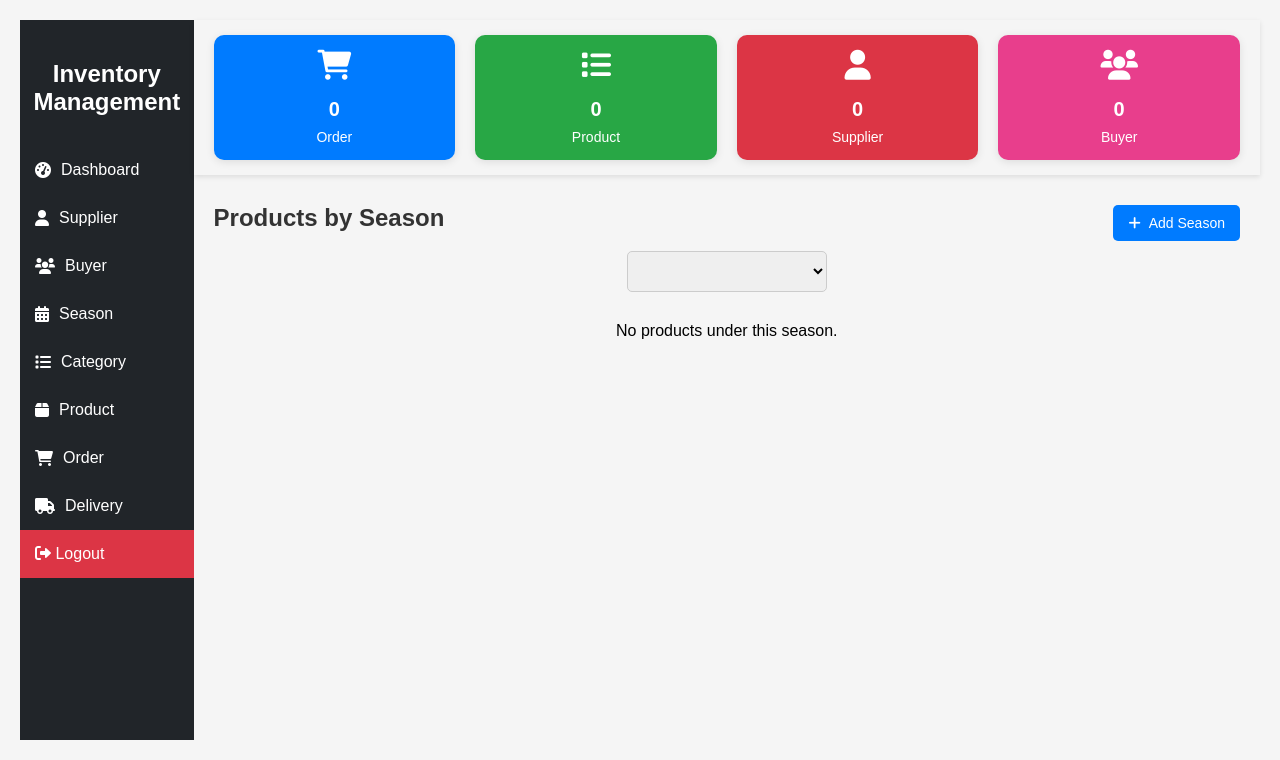
Repository: Fail2/Inventory_Management
Page: http://localhost/accounts/products/by/season/
An editor plug-in stored every save of this project. The page is shown before and after the next save, followed by the edit.
The browser window is 1280 px wide. The pictures show the whole page.
The page is served by the project's application, run on Django 5.2 (inventory_management/manage.py). Other server files are loaded and not shown. Queries for data that is not in the repository find no rows.

Above is the page before, as saved 2025-05-02 11:43:25.

### inventory_management/accounts/templates/accounts/grouped_product_list.html
{% extends 'accounts/admin_base.html' %}
{% block title %}Products by {{ group_by|title }}{% endblock %}
{% load custom_tags %}
{% block extra_css %}
<link rel="stylesheet" href="https://cdnjs.cloudflare.com/ajax/libs/font-awesome/6.0.0/css/all.min.css">
<style>
    body {
        font-family: Arial, sans-serif;
        background-color: #f5f7fa;
        margin: 0;
        padding: 20px;
    }

    .header {
        display: flex;
        justify-content: space-between;
        align-items: center;
        flex-wrap: wrap;
        margin-bottom: 10px;
    }

    .header h2 {
        margin: 0;
        font-size: 24px;
        color: #333;
    }

    .add-btn {
        display: inline-flex;
        align-items: center;
        gap: 8px;
        background: #007bff;
        color: white;
        padding: 10px 15px;
        border-radius: 5px;
        text-decoration: none;
        font-size: 14px;
        transition: background 0.3s ease;
        margin-top: 10px;
    }

    .add-btn:hover {
        background: #0056b3;
    }

    .dropdown-container {
        display: flex;
        justify-content: center;
        margin-bottom: 30px;
    }

    .dropdown-container select {
        padding: 10px;
        font-size: 16px;
        border-radius: 5px;
        border: 1px solid #ccc;
        min-width: 200px;
    }

    .product-grid {
        display: grid;
        grid-template-columns: repeat(auto-fill, minmax(220px, 1fr));
        gap: 20px;
    }

    .product-card {
        background: white;
        border-radius: 10px;
        box-shadow: 0 4px 12px rgba(0, 0, 0, 0.1);
        overflow: hidden;
        display: flex;
        flex-direction: column;
        transition: transform 0.3s ease;
    }

    .product-card:hover {
        transform: translateY(-5px);
    }

    .product-card img {
        width: 100%;
        height: 180px;
        object-fit: cover;
    }

    .product-card-content {
        padding: 15px;
    }

    .product-card h5 {
        margin: 0 0 10px;
        font-size: 18px;
        color: #333;
    }

    .product-card p {
        margin: 4px 0;
        font-size: 14px;
        color: #555;
    }

    .product-card .btn-container {
        display: flex;
        gap: 10px;
        margin-top: auto;
    }

    .btn {
        flex: 1;
        text-align: center;
        padding: 8px;
        border-radius: 4px;
        font-size: 14px;
        text-decoration: none;
        cursor: pointer;
        transition: background 0.3s ease;
    }

    .btn-primary {
        background-color: #007bff;
        color: white;
    }

    .btn-primary:hover {
        background-color: #0056b3;
    }

    .btn-danger {
        background-color: #dc3545;
        color: white;
    }

    .btn-danger:hover {
        background-color: #a71d2a;
    }

    .pagination {
        display: flex;
        justify-content: center;
        align-items: center;
        margin-top: 30px;
        gap: 15px;
    }

    .pagination a {
        padding: 8px 12px;
        background-color: #007bff;
        color: white;
        border-radius: 4px;
        text-decoration: none;
        transition: background 0.3s ease;
    }

    .pagination a:hover {
        background-color: #0056b3;
    }

    .pagination span {
        font-size: 14px;
        color: #333;
    }

    @media (max-width: 500px) {
        .header {
            flex-direction: column;
            align-items: flex-start;
            gap: 10px;
        }

        .dropdown-container select {
            width: 100%;
        }

        .product-card img {
            height: 140px;
        }
    }
</style>
{% endblock %}

{% block content %}
<div class="header">
    <h2>Products by {{ group_by|title }}</h2>
    {% if group_by == 'category' %}
        <a href="{% url 'add_group' 'category' %}" class="add-btn">
            <i class="fas fa-plus"></i> Add Category
        </a>
    {% elif group_by == 'season' %}
        <a href="{% url 'add_group' 'season' %}" class="add-btn">
            <i class="fas fa-plus"></i> Add Season
        </a>
    {% endif %}
</div>

<div class="dropdown-container">
    <form method="get">
        <select name="group_id" onchange="this.form.submit()">
            {% for group in groups %}
                <option value="{{ group.id }}" {% if selected_group and group.id == selected_group.id %}selected{% endif %}>
                    {{ group.name }}
                </option>
            {% endfor %}
        </select>
    </form>
</div>

{% if products %}
    <div class="product-grid">
        {% for product in products %}
            <div class="product-card">
                <img src="{{ product.picture.url|default:'/media/product_images/default-image.jpg' }}" alt="{{ product.name }}">
                <div class="product-card-content">
                    <h5>{{ product.name }}</h5>
                    <p>Price: ${{ product.price }}</p>
                    <p>Quantity: {{ product.quantity }}</p>
                    <div class="btn-container">
                        <a href="{% url 'edit_product' product.id %}" class="btn btn-primary">Edit</a>
                        <a href="{% url 'delete_product' product.id %}" class="btn btn-danger">Delete</a>
                    </div>
                </div>
            </div>
        {% endfor %}
    </div>

    <div class="pagination">
        {% if products.has_previous %}
            <a href="?group_id={{ selected_group.id }}&page={{ products.previous_page_number }}"><i class="fas fa-chevron-left"></i> Previous</a>
        {% endif %}

        <span>Page {{ products.number }} of {{ products.paginator.num_pages }}</span>

        {% if products.has_next %}
            <a href="?group_id={{ selected_group.id }}&page={{ products.next_page_number }}">Next <i class="fas fa-chevron-right"></i></a>
        {% endif %}
    </div>
{% else %}
    <p style="text-align:center; margin-top: 30px;">No products under this {{ group_by }}.</p>
{% endif %}
{% endblock %}

### inventory_management/accounts/templates/accounts/admin_base.html
{% load static %}
<!DOCTYPE html>
<html lang="en">

<head>
    <meta charset="UTF-8">
    <title>{% block title %}Admin{% endblock %}</title>

    <link rel="icon" href="{% static 'favicon.ico' %}" type="image/x-icon">
    <link rel="stylesheet" href="https://cdnjs.cloudflare.com/ajax/libs/font-awesome/6.0.0/css/all.min.css">

    {% block extra_css %}{% endblock %}

    <style>
        body {
            margin: 0;
            font-family: 'Arial', sans-serif;
            background: #f5f5f5;
            height: 100vh;
            display: flex;
        }

        /* LEFT SIDEBAR */
        .sidebar {
            width: 14%;
            background: #212529;
            color: white;
            padding-top: 20px;
            display: flex;
            flex-direction: column;
        }

        .sidebar h2 {
            text-align: center;
            margin-bottom: 30px;
        }

        .sidebar a {
            display: flex;
            align-items: center;
            gap: 10px;
            color: white;
            padding: 15px;
            text-decoration: none;
            font-size: 16px;
        }

        .sidebar a:hover {
            background: #575757;
        }

        .logout-btn {
            width: 100%;
            border: none;
            background: #dc3545;
            color: white;
            padding: 15px;
            font-size: 16px;
            text-align: left;
            cursor: pointer;
            margin-top: auto;
        }

        /* RIGHT SECTION */
        .right-section {
            width: 86%;
            display: flex;
            flex-direction: column;
            height: 100%;
        }

        /* FIXED CARDS (AUTO HEIGHT) */
        .fixed-cards {
            padding: 15px 20px;
            background: #f5f5f5;
            box-shadow: 0 2px 5px rgba(0, 0, 0, 0.1);
            flex-shrink: 0;
            /* do not shrink */
        }

        .cards {
            display: flex;
            gap: 20px;
            flex-wrap: wrap;
        }

        .card {
            flex: 1;
            min-width: 180px;
            max-width: 220px;
            background: white;
            padding: 15px;
            border-radius: 10px;
            text-align: center;
            box-shadow: 0 2px 8px rgba(0, 0, 0, 0.1);
            color: white;
            transition: transform 0.3s ease;
        }

        .card:hover {
            transform: translateY(-5px);
        }

        .card i {
            font-size: 30px;
            margin-bottom: 10px;
        }

        .card h3 {
            margin: 8px 0;
            font-size: 20px;
        }

        .card p {
            margin: 0;
            font-size: 14px;
        }

        /* MAIN CONTENT (TAKES REST) */
        .main-content {
            flex-grow: 1;
            /* take remaining space */
            overflow-y: auto;
            padding: 20px;
            box-sizing: border-box;
        }

        .orders-table {
            background: white;
            width: 100%;
            border-radius: 8px;
            padding: 20px;
            box-shadow: 0 0 10px rgba(0, 0, 0, 0.1);
        }

        table {
            width: 100%;
            border-collapse: collapse;
            margin-top: 10px;
        }

        table,
        th,
        td {
            border: 1px solid #ddd;
        }

        th,
        td {
            padding: 8px;
            text-align: center;
        }

        th {
            background: #212529;
            color: white;
        }
    </style>
</head>

<body>
    <div class="sidebar">
        <h2>Inventory Management</h2>
        <a href="{% url 'admin_dashboard' %}"><i class="fas fa-tachometer-alt"></i> Dashboard</a>
        <a href="{% url 'user_list' 'supplier' %}"><i class="fas fa-user"></i> Supplier</a>
        <a href="{% url 'user_list' 'buyer' %}"><i class="fas fa-users"></i> Buyer</a>
        <a href="{% url 'grouped_product_list' 'season' %}"><i class="fas fa-calendar-alt"></i> Season</a>
        <a href="{% url 'grouped_product_list' 'category' %}"><i class="fas fa-list"></i> Category</a>
        <a href="{% url 'product_list' %}"><i class="fas fa-box"></i> Product</a>
        <a href="#"><i class="fas fa-shopping-cart"></i> Order</a>
        <a href="#"><i class="fas fa-truck"></i> Delivery</a>
        <form method="post" action="{% url 'logout' %}">
            {% csrf_token %}
            <button type="submit" class="logout-btn"><i class="fas fa-sign-out-alt"></i> Logout</button>
        </form>
    </div>

    <div class="right-section">
        <div class="fixed-cards">
            <div class="cards">
                <div class="card" style="background: #007bff;">
                    <i class="fas fa-shopping-cart fa-2x"></i>
                    <h3>0</h3>
                    <p>Order</p>
                </div>
                <div class="card" style="background: #28a745;">
                    <i class="fas fa-list fa-2x"></i>
                    <h3>0</h3>
                    <p>Product</p>
                </div>
                <div class="card" style="background: #dc3545;">
                    <i class="fas fa-user fa-2x"></i>
                    <h3>0</h3>
                    <p>Supplier</p>
                </div>
                <div class="card" style="background: #e83e8c;">
                    <i class="fas fa-users fa-2x"></i>
                    <h3>0</h3>
                    <p>Buyer</p>
                </div>
            </div>
        </div>

        <div class="main-content">
            {% block content %}
            {% endblock %}
        </div>
    </div>

    {% block scripts %}
    {% endblock %}
</body>

</html>

### inventory_management/accounts/middleware/auth_middleware.py
from django.shortcuts import redirect

class BuyerSupplierLoginRequiredMiddleware:
    """
    Middleware to protect buyer and supplier pages.
    If user is not logged in, they will be redirected to login page.
    """

    def __init__(self, get_response):
        self.get_response = get_response

    def __call__(self, request):
        # Paths that need protection
        protected_paths = [
            '/buyer/',         # All buyer pages
            '/supplier/',      # All supplier pages
        ]

        # Check if the request path starts with any protected path
        if any(request.path.startswith(path) for path in protected_paths):
            if not request.session.get('user_type'):
                # If user_type not found in session, redirect to login
                return redirect('login')  # URL name of your login page

        response = self.get_response(request)
        return response

### inventory_management/inventory_management/urls.py
"""
URL configuration for inventory_management project.

The `urlpatterns` list routes URLs to views. For more information please see:
    https://docs.djangoproject.com/en/5.2/topics/http/urls/
Examples:
Function views
    1. Add an import:  from my_app import views
    2. Add a URL to urlpatterns:  path('', views.home, name='home')
Class-based views
    1. Add an import:  from other_app.views import Home
    2. Add a URL to urlpatterns:  path('', Home.as_view(), name='home')
Including another URLconf
    1. Import the include() function: from django.urls import include, path
    2. Add a URL to urlpatterns:  path('blog/', include('blog.urls'))
"""
from django.contrib import admin
from django.conf import settings
from django.conf.urls.static import static
from django.urls import path,include

urlpatterns = [
    path('admin/', admin.site.urls),
    path('accounts/',include('accounts.urls')),
]
# This serves media files in development (make sure to only use this in development)
if settings.DEBUG:
    urlpatterns += static(settings.MEDIA_URL, document_root=settings.MEDIA_ROOT)

### inventory_management/accounts/urls.py

from django.conf import settings
from django.conf.urls.static import static
from django.urls import path
from . import views

urlpatterns = [
    # Admin-related paths
    path('admin-login/', views.admin_login_view, name='admin-login'),
    path('admin-dashboard/', views.admin_dashboard, name='admin_dashboard'),
    path('<str:user_type>/list/', views.user_list, name='user_list'),
    path('<str:user_type>/add/', views.add_user, name='add_user'),
    path('<str:user_type>/edit/<int:user_id>/', views.edit_user, name='edit_user'),
    path('<str:user_type>/delete/<int:user_id>/', views.delete_user, name='delete_user'),
    path('products/', views.product_list, name='product_list'),
    path('add/', views.add_product, name='add_product'),  # add_product view coming next
    path('products/<int:product_id>/edit/', views.edit_product, name='edit_product'),
    path('products/<int:product_id>/delete/', views.delete_product, name='delete_product'),
    path('products/by/<str:group_by>/', views.grouped_product_list, name='grouped_product_list'),
    path('add/<str:group_by>/', views.add_group, name='add_group'),

    # Buyer/Seller login
    path('login/', views.login_view, name='login'),
    path('logout/', views.logout_view, name='logout'),


    # Buyer-specific paths
    path('buyer/login/', views.login_view, name='login_view'),
    path('buyer/home/', views.buyer_home, name='buyer_home'),
    path('buyer/orders/', views.order_history, name='order_history'),
    path('buyer/place_order/<int:product_id>/', views.place_order, name='place_order'),

    #Supplier

]

Loaded but not shown: inventory_management/accounts/templatetags/custom_tags.py (common file); inventory_management/accounts/views.py (417 lines, source omitted)

After the next save:
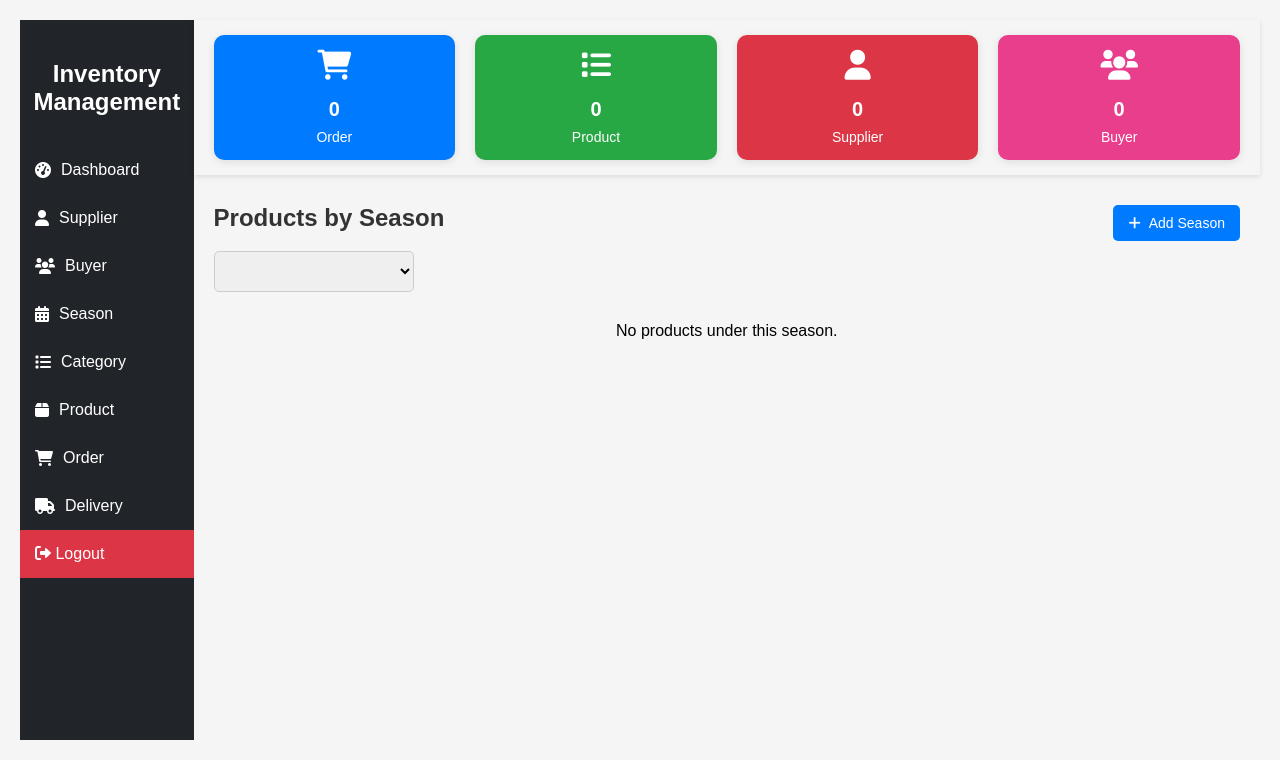
Saved 3 min 30 s later.
--- a/inventory_management/accounts/templates/accounts/grouped_product_list.html
+++ b/inventory_management/accounts/templates/accounts/grouped_product_list.html
@@ -16,7 +16,7 @@
         justify-content: space-between;
         align-items: center;
         flex-wrap: wrap;
-        margin-bottom: 10px;
+        margin-bottom: 5px;
     }
 
     .header h2 {
@@ -44,9 +44,11 @@
     }
 
     .dropdown-container {
-        display: flex;
-        justify-content: center;
-        margin-bottom: 30px;
+        margin: 10px 0 30px 0;
+    }
+
+    .dropdown-container form {
+        display: inline-block;
     }
 
     .dropdown-container select {
